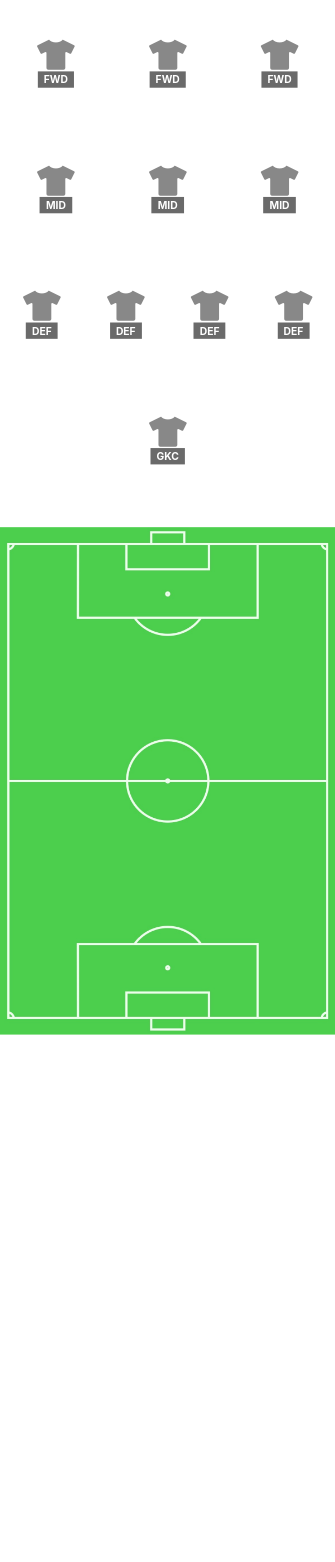
Repository: JavaidAhmadKhan/UEFA
Screen: /
These files come from the project's save history. The screen is drawn as it stood at one moment and after a run of saves; the edit follows.
The pictures are shown at 86% of full size.
The app was drawn by React Native's web renderer in a window 390 px wide. The project was rebuilt for these pictures with package versions that can differ from the ones it lists, and the page was loaded fresh each time. Some packages were replaced by stand-ins written for this rebuild.

Above is the screen before, as saved 2021-07-07 11:22:10.

### App.tsx
import "react-native-gesture-handler";
import { StatusBar } from "expo-status-bar";
import React from "react";
import { SafeAreaProvider } from "react-native-safe-area-context";

import useCachedResources from "./hooks/useCachedResources";
import useColorScheme from "./hooks/useColorScheme";
import TabOneScreen from "./screens/TabOneScreen";

export default function App() {
  const isLoadingComplete = useCachedResources();
  const colorScheme = useColorScheme();

  if (!isLoadingComplete) {
    return null;
  } else {
    return (
      <SafeAreaProvider>
        <TabOneScreen />

        <StatusBar />
      </SafeAreaProvider>
    );
  }
}

### screens/TabOneScreen.tsx
import * as React from "react";
import { StyleSheet, SafeAreaView, Platform } from "react-native";

import Field from "../components/Field";

export default function TabOneScreen() {
  return (
    <SafeAreaView style={styles.container}>
      <Field />
    </SafeAreaView>
  );
}

const styles = StyleSheet.create({
  container: {
    flex: 1,
    alignItems: "center",
    paddingTop: Platform.OS === "android" ? 30 : 0,
  },
});

### components/Field.tsx
import React from "react";
import {
  StyleSheet,
  ImageBackground,
  SafeAreaView,
  Platform,
  Text,
  View,
} from "react-native";

import field from "../assets/images/field.jpg";
import FieldPlayer from "./FieldPlayer";

const players: { [key: string]: null[] } = {
  FWD: [null, null, null],
  MID: [null, null, null],
  DEF: [null, null, null, null],
  GKC: [null],
};

const Field = () => {
  return (
    <ImageBackground
      source={field}
      resizeMode="contain"
      style={{
        width: "100%",
        aspectRatio: 2 / 3,
        justifyContent: "space-around",
        alignItems: "center",
      }}
    >
      {Object.keys(players).map((position) => (
        <View
          style={{
            flexDirection: "row",
            justifyContent: "space-around",
            width: "100%",
          }}
        >
          {players[position].map((player) => (
            <FieldPlayer player={player} position={position} />
          ))}
        </View>
      ))}
    </ImageBackground>
  );
};

export default Field;

### components/FieldPlayer.tsx
import React from "react";
import { View, Text } from "react-native";
import { FontAwesome5 } from "@expo/vector-icons";

type FieldPlayerProps = {
  player: null;
  position: string;
};

const FieldPlayer = (props: FieldPlayerProps) => {
  const { player, position } = props;

  return (
    <View style={{ alignItems: "center" }}>
      <FontAwesome5
        name="tshirt"
        size={35}
        color={player ? "#d170db" : "#5c5c5cbb"}
      />
      <Text
        style={{
          backgroundColor: "#333333bb",
          color: "white",
          fontWeight: "bold",
          fontSize: 12,
          padding: 2,
          paddingHorizontal: 7,
        }}
      >
        {position}
      </Text>
    </View>
  );
};

export default FieldPlayer;

Loaded but not shown: hooks/useCachedResources.ts (common file); hooks/useColorScheme.ts (common file)

After the next 2 saves:
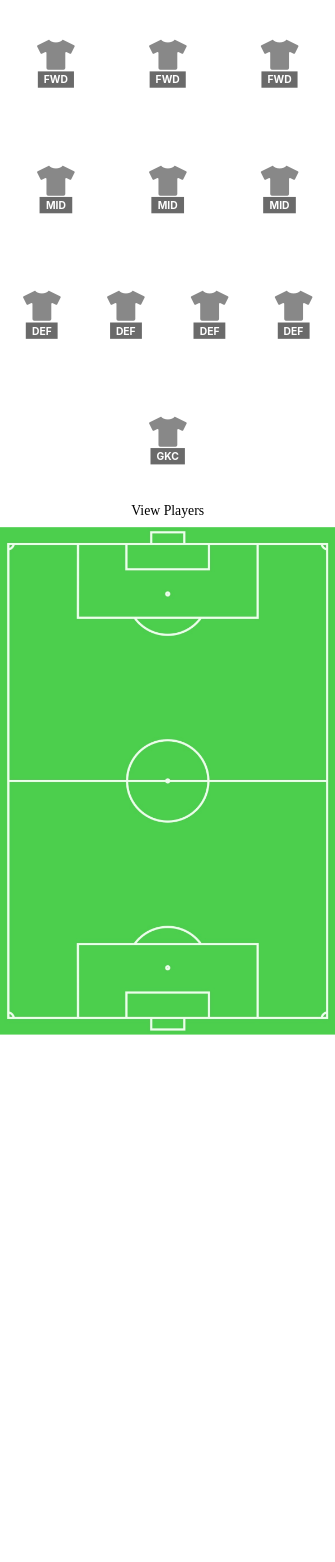
The 2 saves are shown as one change because they came seconds apart.
The last was saved 2 min 28 s later.
--- a/screens/TabOneScreen.tsx
+++ b/screens/TabOneScreen.tsx
@@ -1,5 +1,11 @@
 import * as React from "react";
-import { StyleSheet, SafeAreaView, Platform } from "react-native";
+import {
+  StyleSheet,
+  SafeAreaView,
+  Platform,
+  Pressable,
+  Text,
+} from "react-native";
 
 import Field from "../components/Field";
 
@@ -7,6 +13,7 @@ export default function TabOneScreen() {
   return (
     <SafeAreaView style={styles.container}>
       <Field />
+      <Pressable>View Players</Pressable>
     </SafeAreaView>
   );
 }
